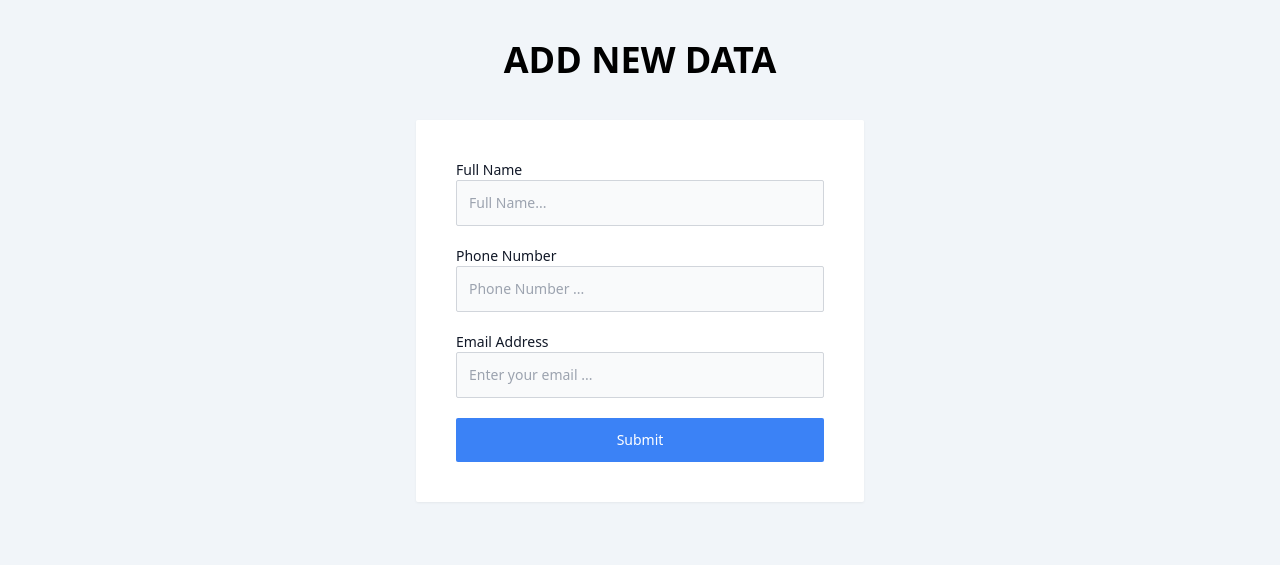
Repository: KilluaProject/crud-nextjs14
Page: /contacts/create
The author's editor kept a copy of each file at every save. The page is drawn from the files as they stood at one save, then again after the next save.
The browser window is 1280 px wide. The pictures show the whole page.
The project was rebuilt for these pictures with package versions that can differ from the ones it lists, and the page was loaded fresh each time. The framework's server and built-in components were replaced by stand-ins that run in the browser. Also part of the build but not shown: next.config.mjs.

Above is the page before, as saved 2024-06-30 14:56:43.

After the next save:
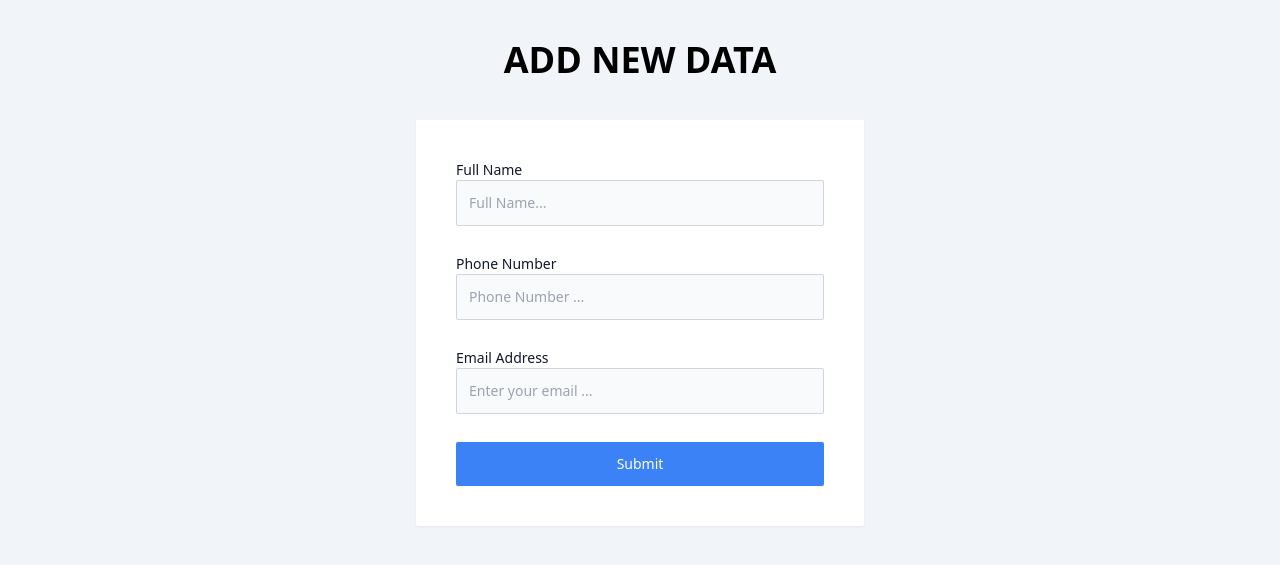
Saved 37 s later.
--- a/components/CreateForm.tsx
+++ b/components/CreateForm.tsx
@@ -12,7 +12,7 @@ const CreateForm = () => {
           <label htmlFor="name" className='block text-sm font-medium text-gray-900'>Full Name</label>
           <input type="text" name='name' id='name' placeholder='Full Name...' className='bg-gray-50 border border-gray-300 text-gray-900 text-sm rounded-sm focus:ring-blue-500 focus:border-blue-500 block w-full p-3' />
           <div id='name-error' aria-live='polite' aria-atomic='true'>
-            <p>{state?.Error?.name}</p>
+            <p className='mt-2 text-sm text-red-500'>{state?.Error?.name}</p>
           </div>
         </div>
 
@@ -20,7 +20,7 @@ const CreateForm = () => {
           <label htmlFor="phone" className='block text-sm font-medium text-gray-900'>Phone Number</label>
           <input type="text" name='phone' id='phone' placeholder='Phone Number ...' className='bg-gray-50 border border-gray-300 text-gray-900 text-sm rounded-sm focus:ring-blue-500 focus:border-blue-500 block w-full p-3' />
           <div id='phone-error' aria-live='polite' aria-atomic='true'>
-            <p>{state?.Error?.phone}</p>
+            <p className='mt-2 text-sm text-red-500'>{state?.Error?.phone}</p>
           </div>
         </div>
 
@@ -28,7 +28,7 @@ const CreateForm = () => {
           <label htmlFor="email" className='block text-sm font-medium text-gray-900'>Email Address</label>
           <input type="email" name='email' id='email' placeholder='Enter your email ...' className='bg-gray-50 border border-gray-300 text-gray-900 text-sm rounded-sm focus:ring-blue-500 focus:border-blue-500 block w-full p-3' />
           <div id='email-error' aria-live='polite' aria-atomic='true'>
-            <p>{state?.Error?.email}</p>
+            <p className='mt-2 text-sm text-red-500'>{state?.Error?.email}</p>
           </div>
         </div>
 
